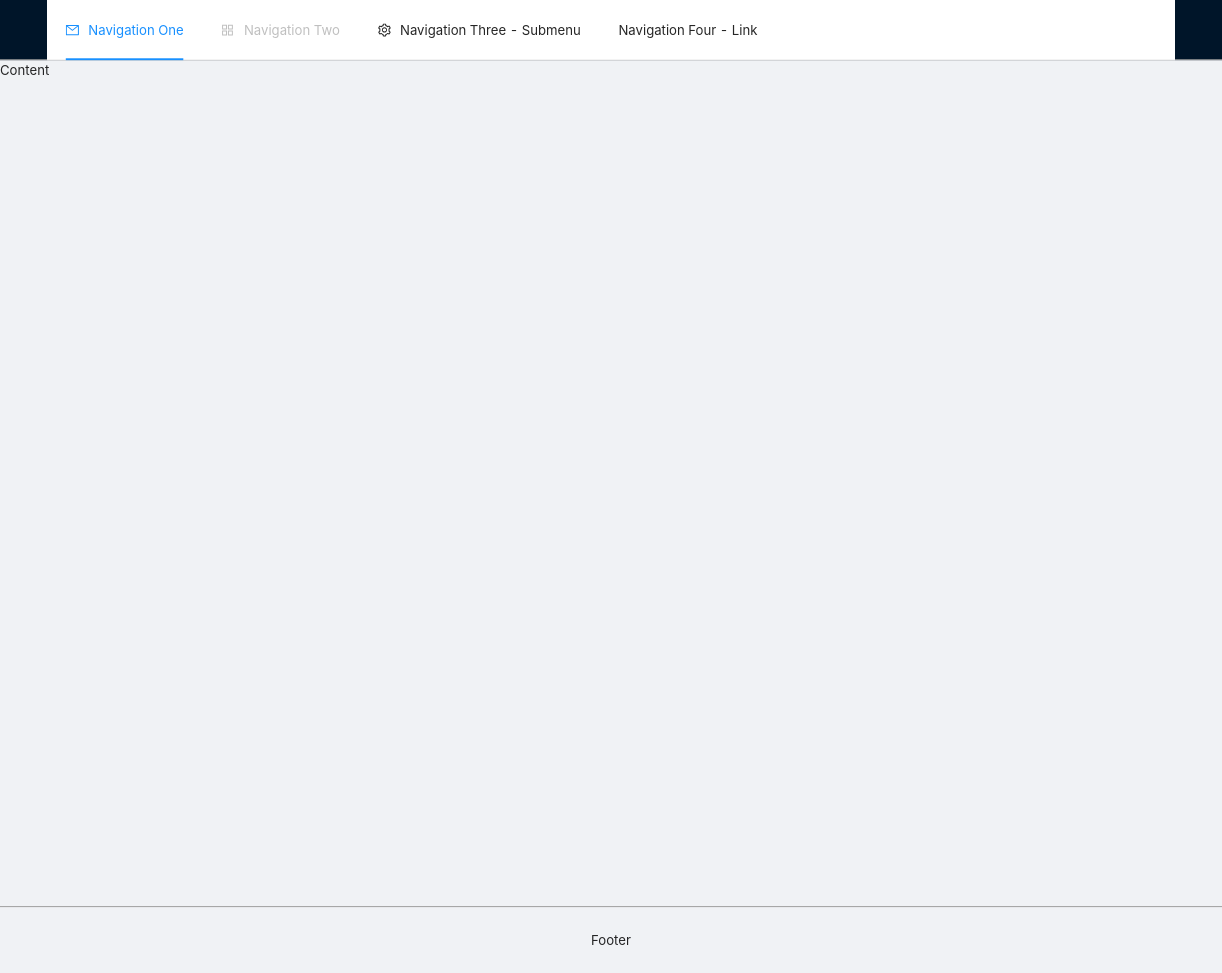
Repository: ohayo-aidi/news-site
Page: /
These files come from the project's save history. The page is drawn as it stood at one moment and after the next save; the edit follows.
The browser window is 1280 px wide. The page is 1300 px wide, so the pictures cover 1300 px, including what lies to the right of the window. The pictures show the whole page, at 94% of full size.
The project was rebuilt for these pictures with package versions that can differ from the ones it lists, and the page was loaded fresh each time.

Above is the page before, as saved 2022-10-15 11:25:05.

### src/index.js
import React from 'react';
import ReactDOM from 'react-dom/client';
import App from './App';
import reportWebVitals from './reportWebVitals';
import "antd/dist/antd.css";

const root = ReactDOM.createRoot(document.getElementById('root'));
root.render(
  <React.StrictMode>
    <App />
  </React.StrictMode>
);

// If you want to start measuring performance in your app, pass a function
// to log results (for example: reportWebVitals(console.log))
// or send to an analytics endpoint. Learn more: https://bit.ly/CRA-vitals
reportWebVitals();

### src/App.js
import { Layout } from "antd";
import AppHeader from "./components/Header";
import './style.css'
const { Header, Footer, Content } = Layout;
function App() {
  return (
    <div>
      <Layout style={{ minWidth: 1300 }}>
        <Header className="header">
          <AppHeader/>
        </Header>
        <Content className="content">Content</Content>
        <Footer className="footer">Footer</Footer>
      </Layout>
    </div>
  );
}

export default App;

### src/components/Header/index.js
import {
  AppstoreOutlined,
  MailOutlined,
  SettingOutlined,
} from "@ant-design/icons";
import { Menu } from "antd";
import React, { useState } from "react";
const items = [
  {
    label: "Navigation One",
    key: "mail",
    icon: <MailOutlined />,
  },
  {
    label: "Navigation Two",
    key: "app",
    icon: <AppstoreOutlined />,
    disabled: true,
  },
  {
    label: "Navigation Three - Submenu",
    key: "SubMenu",
    icon: <SettingOutlined />,
    children: [
      {
        type: "group",
        label: "Item 1",
        children: [
          {
            label: "Option 1",
            key: "setting:1",
          },
          {
            label: "Option 2",
            key: "setting:2",
          },
        ],
      },
      {
        type: "group",
        label: "Item 2",
        children: [
          {
            label: "Option 3",
            key: "setting:3",
          },
          {
            label: "Option 4",
            key: "setting:4",
          },
        ],
      },
    ],
  },
  {
    label: (
      <a href="https://ant.design" target="_blank" rel="noopener noreferrer">
        Navigation Four - Link
      </a>
    ),
    key: "alipay",
  },
];
const AppHeader = () => {
  const [current, setCurrent] = useState("mail");
  const onClick = (e) => {
    console.log("click ", e);
    setCurrent(e.key);
  };
  return (
    <Menu
      onClick={onClick}
      selectedKeys={[current]}
      mode="horizontal"
      items={items}
    />
  );
};
export default AppHeader;

### src/style.css
.header {
    background: #fff;
    border-bottom: 1px solid #999;
}

.content {
    min-height: 900px !important;
}

.footer {
    text-align: center;
    border-top: 1px solid #999;
}

Loaded but not shown: public/index.html (common file); src/reportWebVitals.js (common file)

After the next save:
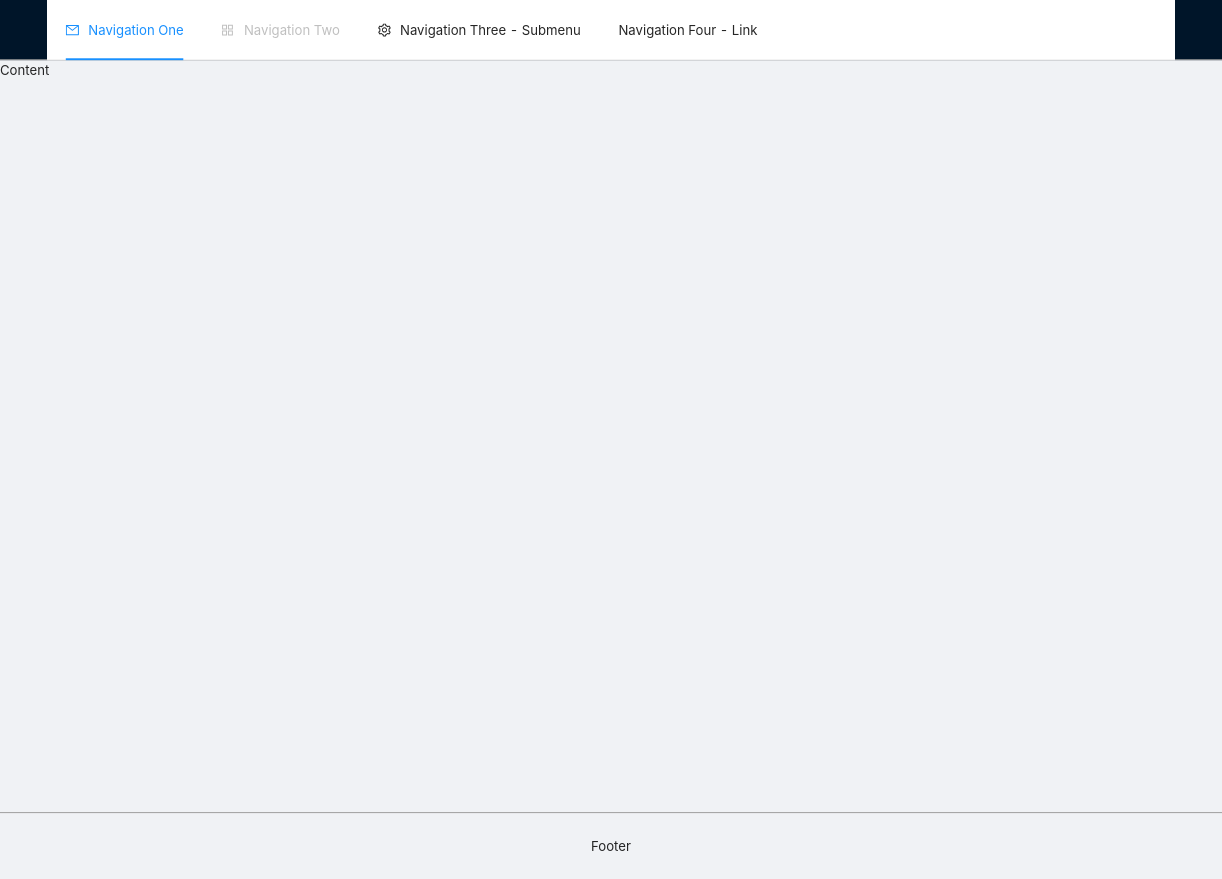
Saved 8 s later.
--- a/src/style.css
+++ b/src/style.css
@@ -4,7 +4,7 @@
 }
 
 .content {
-    min-height: 900px !important;
+    min-height: 800px !important;
 }
 
 .footer {
